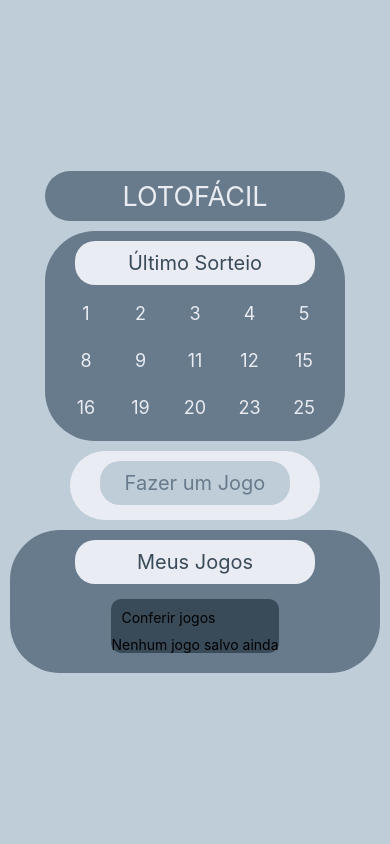
Repository: Deyvid-Kasteh/LotofacilApp
Screen: /
These files come from the project's save history. The screen is drawn as it stood at one moment and after the next save; the edit follows.
The app was drawn by React Native's web renderer in a window 390 px wide. The project was rebuilt for these pictures with package versions that can differ from the ones it lists, and the page was loaded fresh each time. Also part of the build but not shown: Bolhas.js, components/Resultado.js, components/Jogo.js, paginaTESTE.js, paginaTESTE2.js, SeuComponentePai.js, components/ResultadoTexte2.js.

Above is the screen before, as saved 2023-12-02 23:19:23.

### App.js
import { StatusBar } from 'expo-status-bar';
import { Text, View } from 'react-native';
import MainPage from './pages/MainPage';

export default function App() {
  return (
    <MainPage/>
  );
}

### pages/MainPage.js
import { View, Text } from 'react-native'
import React from 'react'
import { StatusBar } from "expo-status-bar";
import Resultado from '../components/Resultado';
import PaginaTesteee from '../paginaTESTE';
import Teste2pagina from '../paginaTESTE2';
import SeuComponentePai from '../SeuComponentePai';
import ResultadoTexte from '../components/ResultadoTexte';
import ResultadoTexte2 from '../components/ResultadoTexte2';
import MostrarJogosSalvos from '../components/MostrarJogosSalvos';
import ResultadoTexteParaFazerCorreções from '../paginaTESTE';


const MainPage = () => {
  return (
    <View
      style={{
        flex: 1,
        alignItems: "center",
        justifyContent: "flex-start",
        backgroundColor: "#BFCDD9",
      }}
    >
      <StatusBar style="auto" />
      {/* <Text>Lotofácil</Text> */}
      {/* <Resultado /> */}
      {/* <PaginaTesteee /> */}
      {/* <Teste2pagina/> */}
      {/* <SeuComponentePai/> */}
      <ResultadoTexte />
      {/* <ResultadoTexte2/> */}
      {/* <MostrarJogosSalvos /> */}
      {/* <ResultadoTexteParaFazerCorreções/> */}
    </View>
  );
}

export default MainPage

### components/ResultadoTexte.js
import { View, Text, TouchableOpacity } from "react-native";
import React, { useState } from "react";
import AsyncStorage from "@react-native-async-storage/async-storage";

import Bubble from "./Bubble";
import latestJson from "../Latest.json";
import Bolhas from "../Bolhas";
import Jogo from "./Jogo";
import MostrarJogosSalvos from "./MostrarJogosSalvos";

// Defina constantes para cores
const backgroundColor1 = "#687B8C";
const backgroundColor2 = "#394A59";
const backgroundColor3 = "#E9ECF2";

const bolhasContainerStyle = {
  flexWrap: "wrap",
  flexDirection: "row",
  alignContent: "center",
  justifyContent: "space-evenly",
};
const ResultadoTexte = () => {
  const [viewHeight, setViewHeight] = useState(50);
  const toggleHeight = () => {
    const newHeight = viewHeight === 50 ? 200 : 50;
    setViewHeight(newHeight);
    console.log("mudou");
  };

  const [alturaView1, setAlturaView1] = useState(200);
  const toggleAltura = () => {
    const novaAltura = alturaView1 === 200 ? 50 : 200;
    setAlturaView1(novaAltura);
  };

  const [alturaView3, setAlturaView3] = useState(200);
  const toggleAlturaView3 = () => {
    const novaAlturaView3 = alturaView3 === 200 ? 50 : 200;
    setAlturaView3(novaAlturaView3);
  };

  const dezenas = latestJson.Dezenas;

  const renderFazerJogo = () => {
    const [chosenNumbers, setChosenNumbers] = useState([]);
    const bolhasSelecionadas = chosenNumbers.length;
    const onSaveJogoPress = async () => {
      if (bolhasSelecionadas === 15) {
        try {
          // Recupera os jogos já salvos (se existirem)
          const jogosSalvosJSON = await AsyncStorage.getItem("meusJogos");
          const jogosSalvos = jogosSalvosJSON
            ? JSON.parse(jogosSalvosJSON)
            : [];

          // Cria um objeto representando o jogo atual
          const jogoAtual = {
            numerosSelecionados: chosenNumbers,
            data: new Date().toLocaleString(),
          };

          // Adiciona o jogo atual à lista de jogos
          jogosSalvos.push(jogoAtual);

          // Salva a lista atualizada de jogos no AsyncStorage
          await AsyncStorage.setItem("meusJogos", JSON.stringify(jogosSalvos));

          console.log("Jogo salvo!");
          // Limpa os números escolhidos após salvar o jogo
          setChosenNumbers([]);
        } catch (error) {
          console.error("Erro ao salvar o jogo:", error);
        }
      } else {
        console.log("Selecione exatamente 15 números para salvar o jogo.");
      }
    };
    const handleBolhaPress = (numero) => {
      if (chosenNumbers.includes(numero)) {
        setChosenNumbers(chosenNumbers.filter((num) => num !== numero));
      } else {
        if (bolhasSelecionadas < 15) {
          setChosenNumbers([...chosenNumbers, numero]);
        }
      }
    };
    const dezenasParaEscolher = Array.from({ length: 25 }, (_, i) => i + 1);

    if (viewHeight === 50) {
      return null;
    } else {
      return (
        <View style={{ justifyContent: "center", alignItems: "center" }}>
          <View style={{}}>
            <Text
              style={{
                color: backgroundColor3,
                fontSize: 16,
              }}
            >
              Escolha 15 números
            </Text>
          </View>
          <View style={bolhasContainerStyle}>
            {dezenasParaEscolher.map((numero, index) => (
              <Bolhas
                key={index}
                numero={numero}
                choose={chosenNumbers.includes(numero)}
                onPress={() => handleBolhaPress(numero)}
              />
            ))}
          </View>
          <View key="números" style={{}}>
            <Text
              style={{
                color: backgroundColor3,
                fontSize: 16,
              }}
            >
              {bolhasSelecionadas} números selecionados
            </Text>
            <TouchableOpacity onPress={onSaveJogoPress}>
              <Text
                style={{
                  color: bolhasSelecionadas === 15 ? "green" : backgroundColor3,
                }}
              >
                SALVAR JOGO
              </Text>
            </TouchableOpacity>
            {/* <TouchableOpacity onPress={onDeleteJogosPress}>
              <Text style={{ color: "red" }}>DELETAR JOGOS</Text>
            </TouchableOpacity> */}
          </View>
        </View>
      );
    }
  };

  const renderConferirJogos = () => {
    if (alturaView3 === 50) {
      return null; // Retorna null se a altura for 50
    } else {
      return (
        <View style={bolhasContainerStyle}>
          <MostrarJogosSalvos />
        </View>
      );
    }
  };

  return (
    <View
      style={{
        flex: 1,
        justifyContent: "center",
        alignItems: "center",
      }}
    >
      <View
        style={{
          width: 300,
          height: 50,
          borderRadius: 50,
          alignItems: "center",
          justifyContent: "center",
          elevation: 2,
          backgroundColor: backgroundColor1,
          marginBottom: 10,
        }}
      >
        <Text
          style={{
            color: backgroundColor3,
            fontSize: 27,
          }}
        >
          LOTOFÁCIL
        </Text>
      </View>

      <View
        key="1"
        style={[
          {
            width: 300,
            padding: 10,
            borderRadius: 50,
            alignItems: "center",
            elevation: 2,
            backgroundColor: backgroundColor1,
            marginBottom: 10,
          },
          alturaView1 === 50
            ? { width: 250, backgroundColor: "#E9ECF2" }
            : { width: 300, backgroundColor: "#687B8C" },
        ]}
      >
        <TouchableOpacity
          style={[
            {
              width: 240,
              backgroundColor: backgroundColor3,
              elevation: 5,
              justifyContent: "center",
              alignItems: "center",
              padding: 10,
              borderRadius: 20,
              marginBottom: 5,
            },
            alturaView1 === 50
              ? { width: 190, backgroundColor: "#BFCDD9" }
              : { width: 240, backgroundColor: "#E9ECF2" },
          ]}
          onPress={() => toggleAltura()}
        >
          <Text
            style={{
              fontSize: 20,
              color: alturaView1 === 50 ? backgroundColor1 : backgroundColor2,
            }}
          >
            Último Sorteio
          </Text>
        </TouchableOpacity>

        {alturaView1 === 200 && (
          <View style={bolhasContainerStyle}>
            {dezenas.map((numero, index) => (
              <Bubble key={index} numero={numero} />
            ))}
          </View>
        )}
      </View>

      <View
        key="2"
        style={[
          {
            width: 300,
            padding: 10,
            borderRadius: 50,
            alignItems: "center",
            elevation: 2,
            marginBottom: 10,
          },
          viewHeight === 50
            ? { width: 250, backgroundColor: "#E9ECF2" }
            : { width: 300, backgroundColor: "#687B8C" },
        ]}
      >
        <TouchableOpacity
          style={[
            {
              width: 240,
              elevation: 5,
              justifyContent: "center",
              alignItems: "center",
              padding: 10,
              borderRadius: 20,
              marginBottom: 5,
            },
            viewHeight === 50
              ? { width: 190, backgroundColor: "#BFCDD9" }
              : { width: 240, backgroundColor: "#E9ECF2" },
          ]}
          onPress={() => toggleHeight()}
        >
          <Text
            style={{
              fontSize: 20,
              color: viewHeight === 50 ? backgroundColor1 : backgroundColor2,
            }}
          >
            Fazer um Jogo
          </Text>
        </TouchableOpacity>
        {renderFazerJogo()}
      </View>
      <View
        key="3"
        style={[
          {
            width: 300,
            padding: 10,
            borderRadius: 50,
            alignItems: "center",
            elevation: 2,
          },
          alturaView3 === 50
            ? { width: 250, backgroundColor: "#E9ECF2" }
            : { width: 370, backgroundColor: "#687B8C" },
        ]}
      >
        <TouchableOpacity
          style={[
            {
              width: 240,
              elevation: 5,
              justifyContent: "center",
              alignItems: "center",
              padding: 10,
              borderRadius: 20,
              marginBottom: 5,
            },
            alturaView3 === 50
              ? { width: 190, backgroundColor: "#BFCDD9" }
              : { width: 240, backgroundColor: "#E9ECF2" },
          ]}
          onPress={() => toggleAlturaView3()}
        >
          <Text
            style={{
              fontSize: 20,
              color: alturaView3 === 50 ? backgroundColor1 : backgroundColor2,
            }}
          >
            Meus Jogos
          </Text>
        </TouchableOpacity>
        {renderConferirJogos()}
        {/* <MostrarJogosSalvos/> */}
      </View>
    </View>
  );
};

export default ResultadoTexte;

### components/MostrarJogosSalvos.js
import React, { useState, useEffect } from "react";
import { View, Text, TouchableOpacity } from "react-native";
import AsyncStorage from "@react-native-async-storage/async-storage";
import Jogo from "./Jogo";
import * as Cores from "../assets/Cores";


const MostrarJogosSalvos = () => {
  const [jogosSalvos, setJogosSalvos] = useState([]);

  // Adicione a função saveJogos
  const saveJogos = async (jogos) => {
    try {
      await AsyncStorage.setItem("meusJogos", JSON.stringify(jogos));
    } catch (error) {
      console.error("Erro ao salvar jogos:", error);
    }
  };

  const handleDelete = async (index) => {
    try {
      const jogosAtualizados = [...jogosSalvos];
      jogosAtualizados.splice(index, 1);

      await saveJogos(jogosAtualizados);

      setJogosSalvos(jogosAtualizados);
    } catch (error) {
      console.error("Erro ao deletar jogo:", error);
    }
  };

  useEffect(() => {
    const carregarJogosSalvos = async () => {
      try {
        const jogosSalvosJSON = await AsyncStorage.getItem("meusJogos");
        const jogosSalvos = jogosSalvosJSON ? JSON.parse(jogosSalvosJSON) : [];
        setJogosSalvos(jogosSalvos);
      } catch (error) {
        console.error("Erro ao carregar jogos salvos:", error);
      }
    };

    carregarJogosSalvos();
  }, []);

  return (
    <View
      style={{
        borderRadius: 10,
        margin: 10,
        backgroundColor: Cores.cor5,
      }}
    >
      <View
        style={{
          margin: 10,
        }}
      >
        <Text>Conferir jogos</Text>
      </View>
      {jogosSalvos.length === 0 ? (
        <Text>Nenhum jogo salvo ainda</Text>
      ) : (
        jogosSalvos.map((jogo, index) => (
          <Jogo
            key={index}
            numerosSelecionados={jogo.numerosSelecionados}
            onDelete={() => handleDelete(index)}
          />
        ))
      )}
    </View>
  );
};

export default MostrarJogosSalvos;

### components/Bubble.js
import { View, Text } from "react-native";
import React from "react";

const Bubble = (props) => {
  if (props.choose) {console.log(props.choose)}
  return (
    <View
      style={[
        {
          width: 35,
          height: 35,
          // backgroundColor: "#394A59",
          // backgroundColor: "#687B8C",

          borderRadius: 50,
          alignContent: "center",
          justifyContent: "center",
          alignItems: "center",
          margin: 6,
          // elevation: 5,
          opacity: 1,
        },
        props.choose
          ? { backgroundColor: "#394A59" }
          : { backgroundColor: "#687B8C" },
      ]}
    >
      <Text
        style={{
          color: "#E9ECF2",
          fontSize: 18,
        }}
      >
        {props.numero}
      </Text>
    </View>
  );
};

export default Bubble;

### Latest.json
{
  "concurso": 2960,
  "Data Sorteio": "22/11/2023",
  "Dezenas": [
    1,
    2,
    3,
    4,
    5,
    8,
    9,
    11,
    12,
    15,
    16,
    19,
    20,
    23,
    25
  ],
  "Ganhadores 15 acertos": 3,
  "Cidade / UF": "BRASILIA/DF; JARAGUA/GO; IPATINGA/MG",
  "Premio 15 Acertos": "R$1.639.439,24",
  "Ganhadores 14 Acertos": 433,
  "Premio 14 Acertos": "R$1.732,84",
  "Ganhadores 13 Acertos": 13831,
  "Premio 13 Acertos": "R$30,00",
  "Ganhadores 12 Acertos": 163567,
  "Premio 12 Acertos": "R$12,00",
  "Ganhadores 11 Acertos": 882304,
  "Premio 11 Acertos": "R$6,00"
}

### assets/Cores.js
export const cor1 = "#E9ECF2"; // Cor mais clara
export const cor2 = "#BFCDD9";
export const cor3 = "#95ACBF";
export const cor4 = "#687B8C";
export const cor5 = "#394A59"; // Cor mais escura

After the next save:
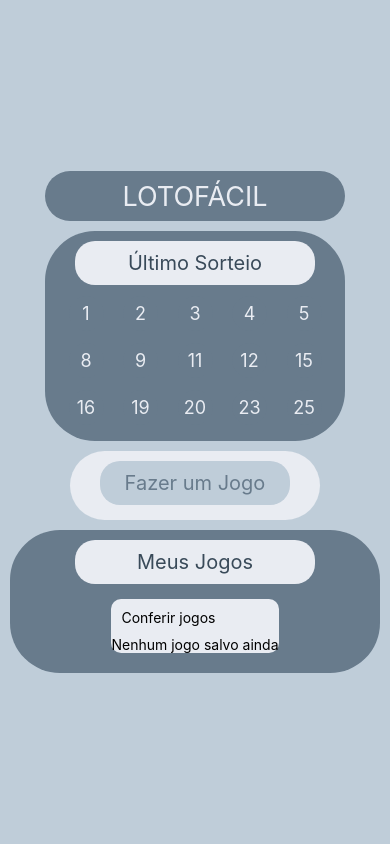
Saved 7 s later.
--- a/components/MostrarJogosSalvos.js
+++ b/components/MostrarJogosSalvos.js
@@ -49,7 +49,7 @@
       style={{
         borderRadius: 10,
         margin: 10,
-        backgroundColor: Cores.cor5,
+        backgroundColor: Cores.cor1,
       }}
     >
       <View
